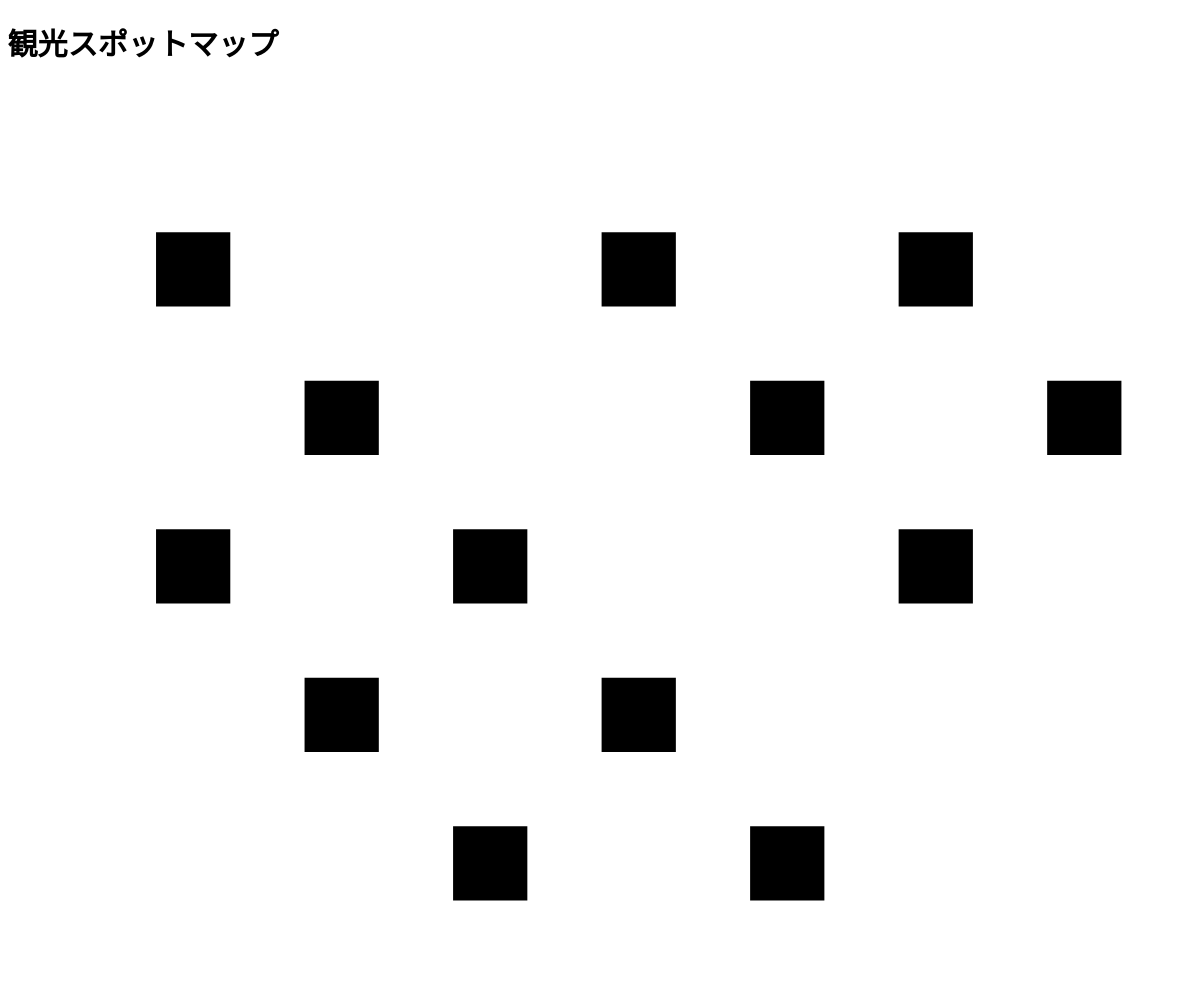
Repository: ryoutana/tanaryou.github.io
Page: Downloads/project/index.html
An editor plug-in stored every save of this project. The page is shown before and after the next save, followed by the edit.
The browser window is 1280 px wide. The pictures show the whole page, at 94% of full size.

Above is the page before, as saved 2025-04-29 15:01:32.
Not found: Downloads/project/style.css

### Downloads/project/index.html
<!DOCTYPE html>
<html lang="ja">
<head>
    <meta charset="UTF-8">
    <meta name="viewport" content="width=device-width, initial-scale=1.0">
    <title>観光スポットマップ</title>
    <link rel="stylesheet" href="style.css">
</head>
<body>
    <header>
        <h1>観光スポットマップ</h1>
    </header>
    <main>
        <svg id="mapContainer" xmlns="http://www.w3.org/2000/svg" viewBox="0 0 800 600">
            <!-- 会津坂下町 -->
            <path id="aizubange" d="M100,100 L150,100 L150,150 L100,150 Z" />
            <!-- 会津若松市 -->
            <path id="aizuwakamatsu" d="M200,200 L250,200 L250,250 L200,250 Z" />
            <!-- 会津美里町 -->
            <path id="aizumisato" d="M300,300 L350,300 L350,350 L300,350 Z" />
            <!-- 喜多方市 -->
            <path id="kitakata" d="M400,400 L450,400 L450,450 L400,450 Z" />
            <!-- 金山町 -->
            <path id="kaneyama" d="M500,500 L550,500 L550,550 L500,550 Z" />
            <!-- 三島町 -->
            <path id="mishima" d="M600,100 L650,100 L650,150 L600,150 Z" />
            <!-- 昭和村 -->
            <path id="showa" d="M700,200 L750,200 L750,250 L700,250 Z" />
            <!-- 西会津町 -->
            <path id="nishiaizu" d="M100,300 L150,300 L150,350 L100,350 Z" />
            <!-- 猪苗代町 -->
            <path id="inawashiro" d="M200,400 L250,400 L250,450 L200,450 Z" />
            <!-- 湯川村 -->
            <path id="yugawa" d="M300,500 L350,500 L350,550 L300,550 Z" />
            <!-- 磐梯町 -->
            <path id="bandai" d="M400,100 L450,100 L450,150 L400,150 Z" />
            <!-- 北塩原村 -->
            <path id="kitashiobara" d="M500,200 L550,200 L550,250 L500,250 Z" />
            <!-- 柳津町 -->
            <path id="yanaizu" d="M600,300 L650,300 L650,350 L600,350 Z" />
        </svg>
    </main>
    <script src="script.js"></script>
</body>
</html>

### Downloads/project/script.js
// script.js

// スポットデータ（IDと名前の対応）
const spots = [
    { id: 'aizubange', name: '会津坂下町' },
    { id: 'aizuwakamatsu', name: '会津若松市' },
    { id: 'aizumisato', name: '会津美里町' },
    { id: 'kitakata', name: '喜多方市' },
    { id: 'kaneyama', name: '金山町' },
    { id: 'mishima', name: '三島町' },
    { id: 'showa', name: '昭和村' },
    { id: 'nishiaizu', name: '西会津町' },
    { id: 'inawashiro', name: '猪苗代町' },
    { id: 'yugawa', name: '湯川村' },
    { id: 'bandai', name: '磐梯町' },
    { id: 'kitashiobara', name: '北塩原村' },
    { id: 'yanaizu', name: '柳津町' }
];

// スポットを動的に生成
function generateSpots() {
    spots.forEach(spot => {
        const path = document.getElementById(spot.id);

        if (!path) {
            console.error(`Error: ID "${spot.id}" に対応する要素が見つかりません。`);
            return;
        }

        // カーソルが乗ったときの色変更
        path.addEventListener('mouseover', () => {
            if (!path.classList.contains('active')) {
                path.setAttribute('fill', 'rgba(144, 238, 144, 0.5)'); // 黄緑
            }
        });

        // カーソルが外れたときの色変更
        path.addEventListener('mouseout', () => {
            if (!path.classList.contains('active')) {
                path.setAttribute('fill', 'rgba(200, 200, 200, 0.5)'); // 元の薄い灰色に戻す
            }
        });

        // クリックイベント
        path.addEventListener('click', () => {
            if (path.classList.contains('active')) {
                path.classList.remove('active');
                path.setAttribute('fill', 'rgba(200, 200, 200, 0.5)'); // 元の薄い灰色に戻す
            } else {
                path.classList.add('active');
                path.setAttribute('fill', 'green'); // 緑
            }
        });
    });
}

// 初期化処理
function init() {
    generateSpots();
    console.log('スポット画像の生成が完了しました。');
}

// ページ読み込み時に初期化
window.onload = init;

### Downloads/project/styles.css
/* styles.css */

/* 全体のリセット */
body, html {
    margin: 0;
    padding: 0;
    width: 100%;
    height: 100%;
    box-sizing: border-box;
    background-color: #fffdd0; /* 背景色をクリーム色に設定 */
    display: flex;
    flex-direction: column;
    align-items: center;
    justify-content: center;
    font-family: Arial, sans-serif;
}

/* ヘッダーのスタイル */
header {
    text-align: center;
    background-color: #a89110;
    padding: 10px 0;
    width: 100%;
}

#pageTitle {
    font-size: 2em;
    margin: 0;
    color: #fff;
}

/* 地図全体のコンテナ */
#mapContainer {
    position: relative;
    width: 80%; /* 地図の幅を画面幅に応じて調整 */
    max-width: 800px;
    margin: 20px auto;
    overflow: hidden;
    text-align: center;
}

#introImage {
    width: 100%; /* 地図画像を親要素にフィットさせる */
    height: auto;
    display: block;
    margin: 0 auto;
    z-index: 1;
}

/* スポット画像のコンテナ */
#spotContainer {
    position: absolute;
    top: 0;
    left: 0;
    width: 100%;
    height: 100%;
    z-index: 2;
}

/* スポット画像のスタイル */
.spot-image {
    position: absolute;
    transform: translate(-50%, -50%); /* 中心基準で配置 */
    cursor: pointer;
    transition: filter 0.3s ease;
    filter: brightness(0.8) saturate(0); /* デフォルトで薄い灰色 */
}

.spot-image:hover {
    filter: brightness(1.2) hue-rotate(90deg); /* カーソルが乗ると黄緑 */
}

.spot-image.active {
    filter: brightness(1) hue-rotate(120deg) saturate(2); /* クリックでしっかり緑 */
}

After the next save:
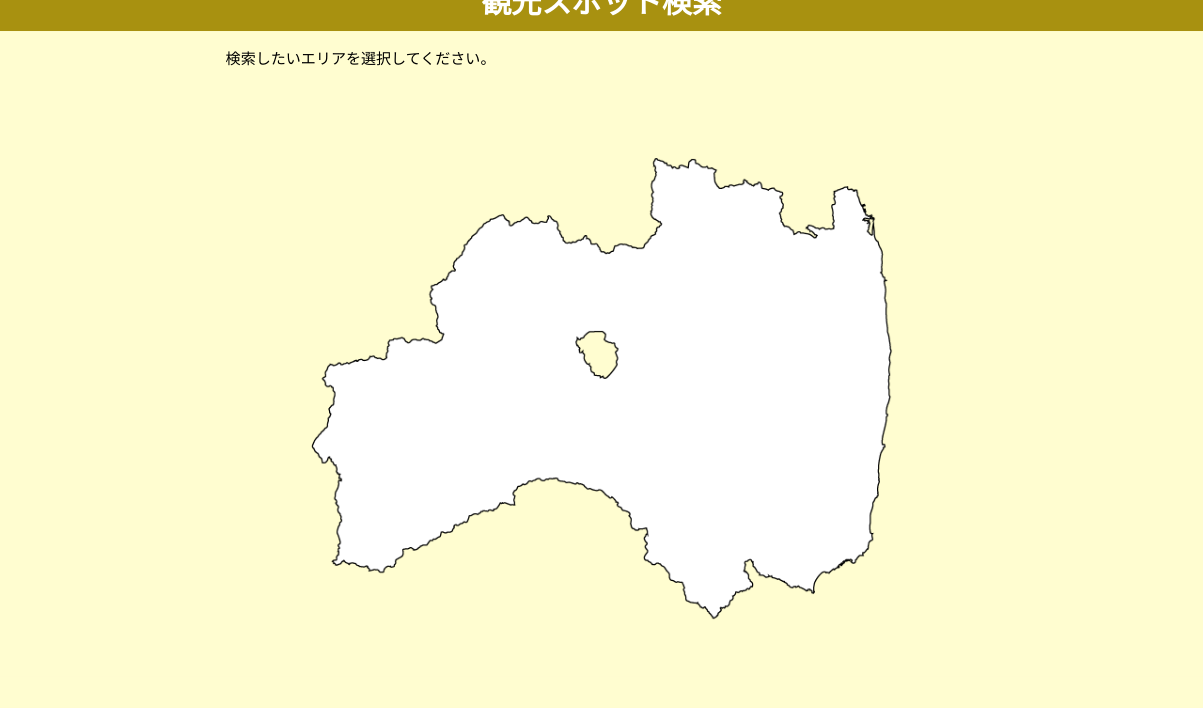
Saved 4 s later.
--- a/Downloads/project/index.html
+++ b/Downloads/project/index.html
@@ -3,42 +3,21 @@
 <head>
     <meta charset="UTF-8">
     <meta name="viewport" content="width=device-width, initial-scale=1.0">
-    <title>観光スポットマップ</title>
-    <link rel="stylesheet" href="style.css">
+    <title>観光スポット検索</title>
+    <link rel="stylesheet" href="styles.css">
 </head>
 <body>
     <header>
-        <h1>観光スポットマップ</h1>
+        <h1 id="pageTitle">観光スポット検索</h1>
     </header>
     <main>
-        <svg id="mapContainer" xmlns="http://www.w3.org/2000/svg" viewBox="0 0 800 600">
-            <!-- 会津坂下町 -->
-            <path id="aizubange" d="M100,100 L150,100 L150,150 L100,150 Z" />
-            <!-- 会津若松市 -->
-            <path id="aizuwakamatsu" d="M200,200 L250,200 L250,250 L200,250 Z" />
-            <!-- 会津美里町 -->
-            <path id="aizumisato" d="M300,300 L350,300 L350,350 L300,350 Z" />
-            <!-- 喜多方市 -->
-            <path id="kitakata" d="M400,400 L450,400 L450,450 L400,450 Z" />
-            <!-- 金山町 -->
-            <path id="kaneyama" d="M500,500 L550,500 L550,550 L500,550 Z" />
-            <!-- 三島町 -->
-            <path id="mishima" d="M600,100 L650,100 L650,150 L600,150 Z" />
-            <!-- 昭和村 -->
-            <path id="showa" d="M700,200 L750,200 L750,250 L700,250 Z" />
-            <!-- 西会津町 -->
-            <path id="nishiaizu" d="M100,300 L150,300 L150,350 L100,350 Z" />
-            <!-- 猪苗代町 -->
-            <path id="inawashiro" d="M200,400 L250,400 L250,450 L200,450 Z" />
-            <!-- 湯川村 -->
-            <path id="yugawa" d="M300,500 L350,500 L350,550 L300,550 Z" />
-            <!-- 磐梯町 -->
-            <path id="bandai" d="M400,100 L450,100 L450,150 L400,150 Z" />
-            <!-- 北塩原村 -->
-            <path id="kitashiobara" d="M500,200 L550,200 L550,250 L500,250 Z" />
-            <!-- 柳津町 -->
-            <path id="yanaizu" d="M600,300 L650,300 L650,350 L600,350 Z" />
-        </svg>
+        <section id="intro">
+            <p id="introText">検索したいエリアを選択してください。</p>
+            <div id="mapContainer">
+                <img id="introImage" src="福島県白地図.png" alt="福島県の地図">
+                <div id="spotContainer"></div>
+            </div>
+        </section>
     </main>
     <script src="script.js"></script>
 </body>
